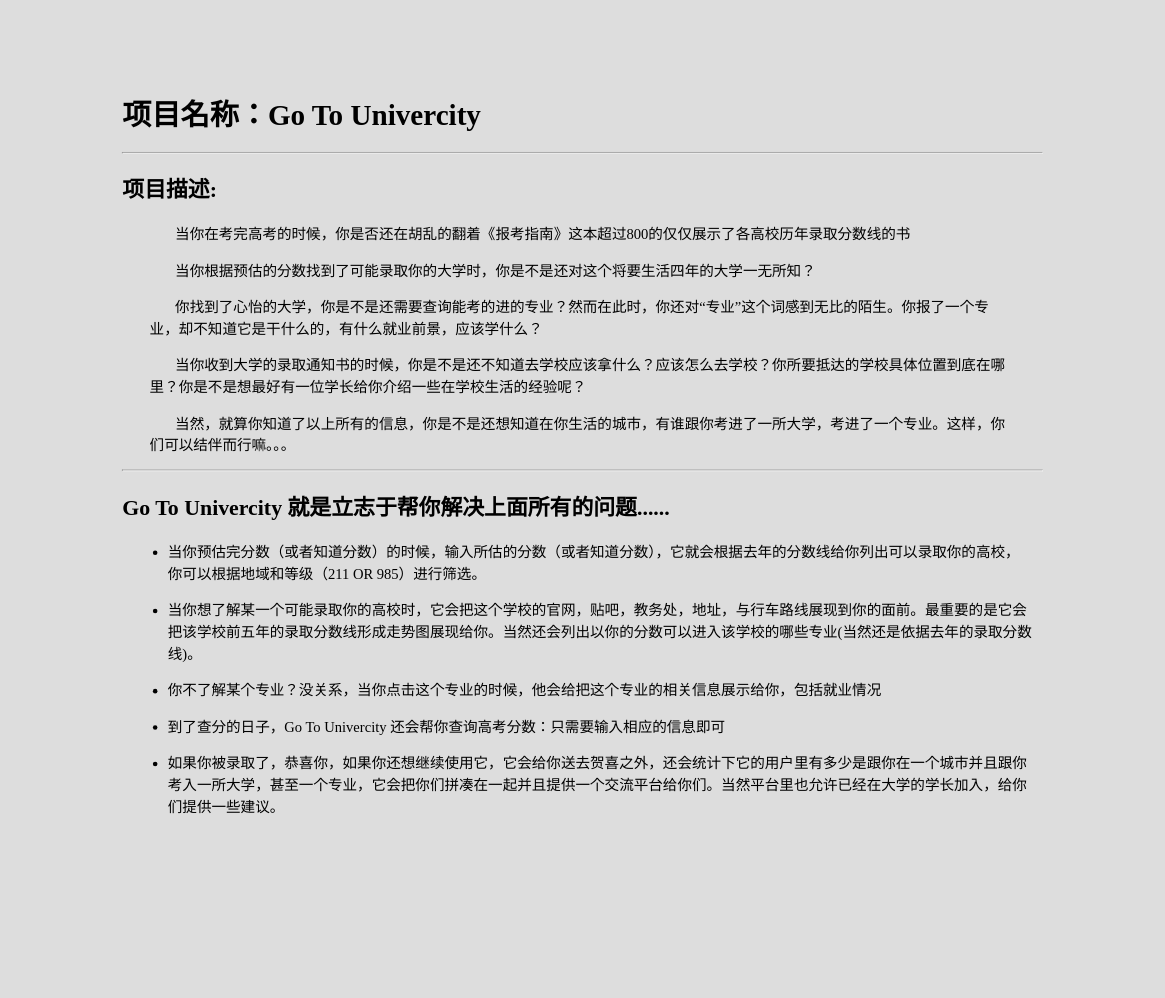
Repository: SUT-GC/GoToUnivercity
Page: http://localhost/GoToUniversity/ideasource/idea.jsp
The author's editor kept a copy of each file at every save. The page is drawn from the files as they stood at one save, then again after the next save.
The browser window is 1280 px wide. The pictures show the whole page, at 91% of full size.
The page is served by Tomcat 9. Nobody is signed in. The application's start-up code is not run.

Above is the page before, as saved 2015-11-16 11:25:51.

### GoToUniversity/WebContent/ideasource/idea.jsp
<%@ page language="java" contentType="text/html; charset=UTF-8"
    pageEncoding="UTF-8"%>
<!DOCTYPE html PUBLIC "-//W3C//DTD HTML 4.01 Transitional//EN" "http://www.w3.org/TR/html4/loose.dtd">
<html>
<head>
<meta http-equiv="Content-Type" content="text/html; charset=UTF-8">
<title>Idea Source</title>
<link href="css/idea.css" rel="stylesheet" type="text/css"/>
</head>
<body>
	<div class="content">
		<div class="content_head">
			<h1>项目名称：Go To Univercity</h1>
		</div>
		<hr/>
		<div class="content_body">
			<div class="content_body_description">
				<h2>项目描述:</h2>
					<p>&nbsp&nbsp&nbsp&nbsp&nbsp&nbsp  当你在考完高考的时候，你是否还在胡乱的翻着《报考指南》这本超过800的仅仅展示了各高校历年录取分数线的书</p>
					<p>&nbsp&nbsp&nbsp&nbsp&nbsp&nbsp  当你根据预估的分数找到了可能录取你的大学时，你是不是还对这个将要生活四年的大学一无所知？</p>
					<p>&nbsp&nbsp&nbsp&nbsp&nbsp&nbsp  你找到了心怡的大学，你是不是还需要查询能考的进的专业？然而在此时，你还对“专业”这个词感到无比的陌生。你报了一个专业，却不知道它是干什么的，有什么就业前景，应该学什么？</p>
					<p>&nbsp&nbsp&nbsp&nbsp&nbsp&nbsp  当你收到大学的录取通知书的时候，你是不是还不知道去学校应该拿什么？应该怎么去学校？你所要抵达的学校具体位置到底在哪里？你是不是想最好有一位学长给你介绍一些在学校生活的经验呢？</p>
					<p>&nbsp&nbsp&nbsp&nbsp&nbsp&nbsp  当然，就算你知道了以上所有的信息，你是不是还想知道在你生活的城市，有谁跟你考进了一所大学，考进了一个专业。这样，你们可以结伴而行嘛。。。</p>
			</div>
			<hr/>
			<div class="content_body_content">
				<h2>Go To Univercity 就是立志于帮你解决上面所有的问题......</h2>
				<div class="content_body_content_ui">
					<ul>
						<li><p>当你预估完分数（或者知道分数）的时候，输入所估的分数（或者知道分数），它就会根据去年的分数线给你列出可以录取你的高校，你可以根据地域和等级（211 OR 985）进行筛选。</p></li>
						<li><p>当你想了解某一个可能录取你的高校时，它会把这个学校的官网，贴吧，教务处，地址，与行车路线展现到你的面前。最重要的是它会把该学校前五年的录取分数线形成走势图展现给你。当然还会列出以你的分数可以进入该学校的哪些专业(当然还是依据去年的录取分数线)。</p></li>
						<li><p>你不了解某个专业？没关系，当你点击这个专业的时候，他会给把这个专业的相关信息展示给你，包括就业情况</p></li>
						<li><p>到了查分的日子，Go To Univercity 还会帮你查询高考分数：只需要输入相应的信息即可</p></li>
						<li><p>如果你被录取了，恭喜你，如果你还想继续使用它，它会给你送去贺喜之外，还会统计下它的用户里有多少是跟你在一个城市并且跟你考入一所大学，甚至一个专业，它会把你们拼凑在一起并且提供一个交流平台给你们。当然平台里也允许已经在大学的学长加入，给你们提供一些建议。</p></li>
					</ul>
				</div>
			</div>
			<div class="tail">

			</div>
		</div>
	</div>
</body>
</html>

### GoToUniversity/WebContent/ideasource/css/idea.css
@CHARSET "UTF-8";
body{
	background-color: #DDDDDD;
}
.content{
	width: 80%;
	margin-left: 10%;
	margin-top: 100px;
}
.content_head{

}
.content_body_description > p{
	margin-left: 30px;
	margin-right: 30px;
}
.content_body_content_ui{
	margin-left: 10px;
	margin-right: 10px;
}
.tail{
	margin-bottom: 200px;
}

After the next save:
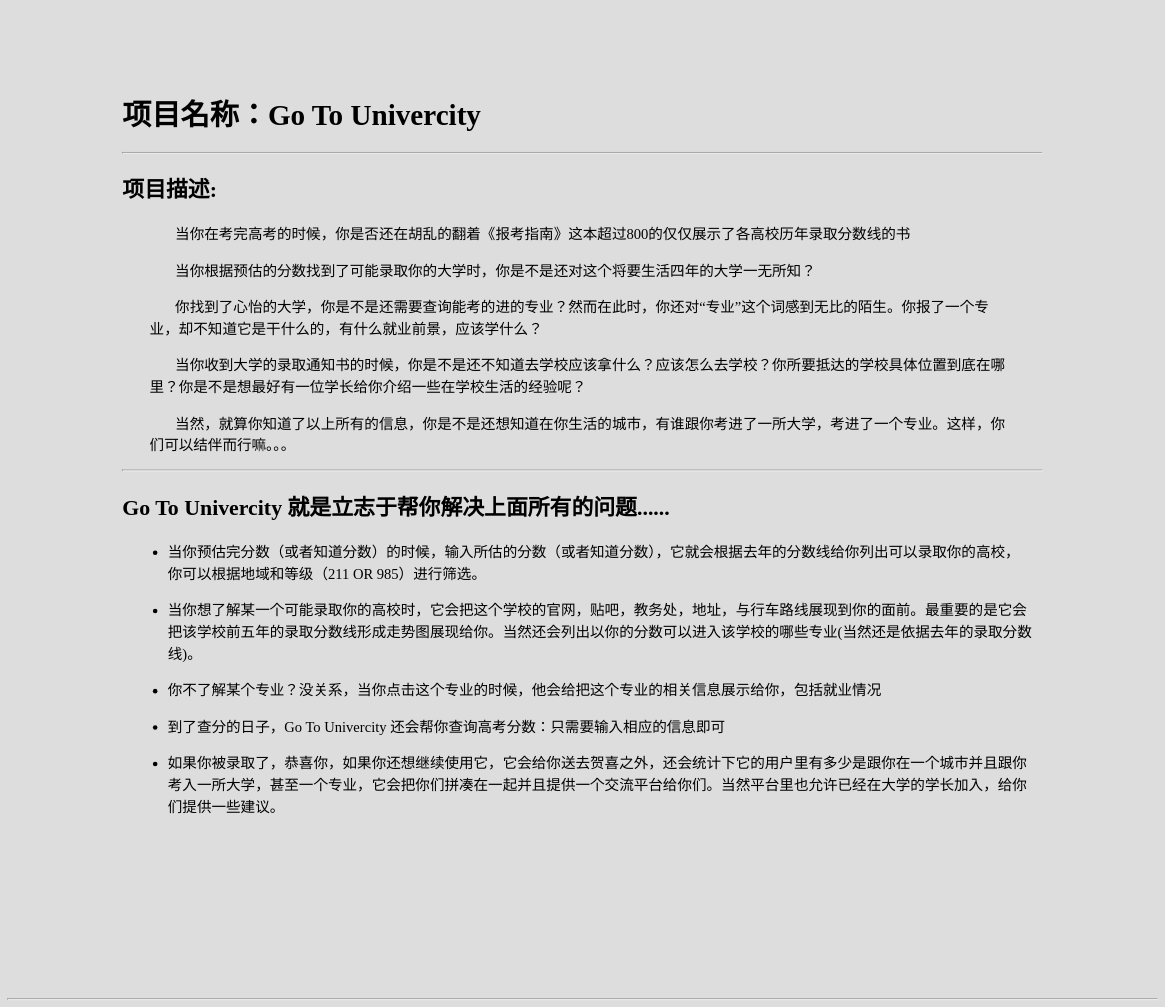
Saved 49 s later.
--- a/GoToUniversity/WebContent/ideasource/idea.jsp
+++ b/GoToUniversity/WebContent/ideasource/idea.jsp
@@ -40,5 +40,7 @@
 			</div>
 		</div>
 	</div>
+	<hr/>
+	<div></div>
 </body>
 </html>
